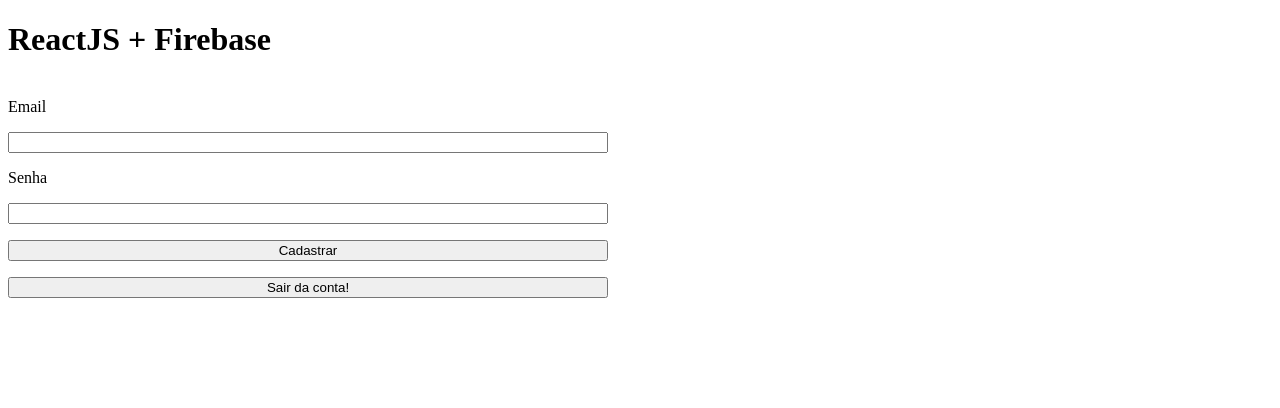
Repository: joaoaspimienta/Estudos-de-firebase
Page: /
An editor plug-in stored every save of this project. The page is shown before and after the next save, followed by the edit.
The browser window is 1280 px wide. The pictures show the whole page.
The project was rebuilt for these pictures with package versions that can differ from the ones it lists, and the page was loaded fresh each time.

Above is the page before, as saved 2022-06-15 09:19:34.

After the next save:
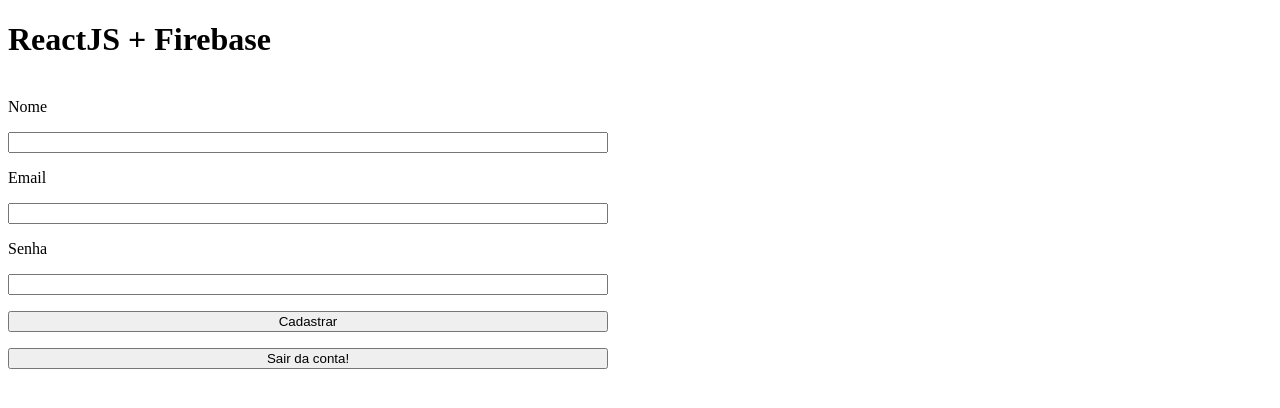
Saved 90 s later.
--- a/src/App.js
+++ b/src/App.js
@@ -33,6 +33,14 @@
       <h1>ReactJS + Firebase</h1>
       <br />
       <div className="container">
+        <label>Nome</label>
+        <input
+          type="text"
+          value={nome}
+          onChange={(e) => {
+            setNome(e.target.value);
+          }}
+        />
         <label>Email</label>
         <input
           type="text"
